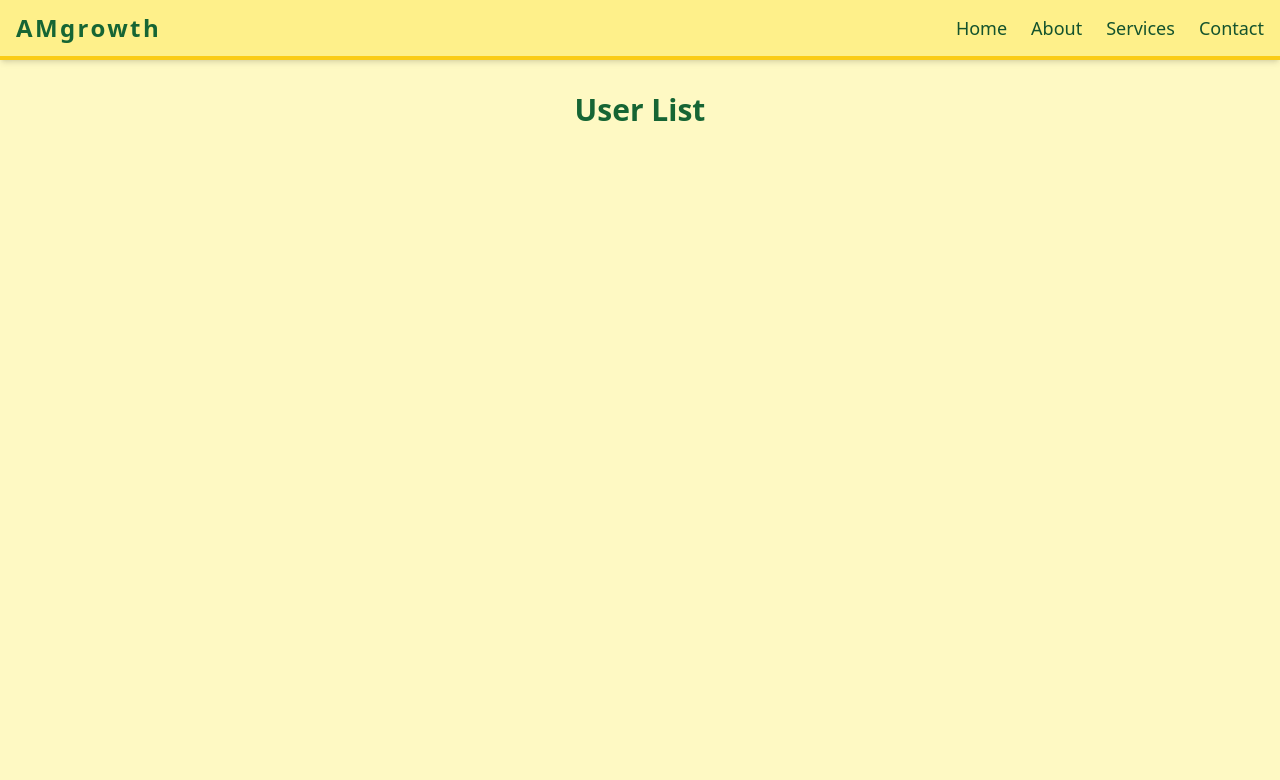
Repository: ArievfRahman-Dev/Mini-Project-II
Page: / (app in miniproject2/)
An editor plug-in stored every save of this project. The page is shown before and after the next save, followed by the edit.
The browser window is 1280 px wide. The pictures show the whole page.
The page's requests for data from a server got no answer. The project was rebuilt for these pictures with package versions that can differ from the ones it lists, and the page was loaded fresh each time. No one was signed in, and anything a server would have sent is missing. Also part of the build but not shown: miniproject2/vite.config.js.

Above is the page before, as saved 2024-12-16 15:36:55.

### miniproject2/index.html
<!DOCTYPE html>
<html lang="en">
  <head>
    <meta charset="UTF-8" />
    <link rel="icon" type="image/svg+xml" href="/vite.svg" />
    <meta name="viewport" content="width=device-width, initial-scale=1.0" />
    <title>Vite + React</title>
    <link
      href="https://cdn.jsdelivr.net/npm/remixicon/fonts/remixicon.css"
      rel="stylesheet"
    />
  </head>
  <body>
    <div id="root"></div>
    <script type="module" src="/src/main.jsx"></script>
  </body>
</html>

### miniproject2/src/App.jsx
import { BrowserRouter, Routes, Route } from "react-router-dom";
import { HomePage } from "./pages/HomePage";

export const App = () => {
  return (
    <div>
      <BrowserRouter>
        <Routes>
          <Route path="/" element={<HomePage />} />
        </Routes>
      </BrowserRouter>
    </div>
  );
};

### miniproject2/src/pages/HomePage/index.jsx
import { Navbar } from "../../components/Navbar";
import { useState, useEffect } from "react";
import axios from "axios";
export const HomePage = () => {
  const [data, setData] = useState([]);

  const getData = async () => {
    try {
      const res = await axios.get(`https://reqres.in/api/users?page=2`);
      console.log(res.data.data);
      setData(res.data.data);
    } catch (error) {
      console.log(error);
    }
  };
  useEffect(() => {
    getData();
  }, []);
  return (
    <div>
      <Navbar />
      <div className="bg-yellow-100 min-h-screen py-8">
        <div className="container mx-auto px-4">
          <h1 className="text-3xl font-bold text-green-800 retro-font mb-6 text-center">
            User List
          </h1>
          <div className="grid grid-cols-1 sm:grid-cols-2 md:grid-cols-3 gap-6">
            {data.map((user) => (
              <div
                key={user.id}
                className="bg-yellow-200 border-2 border-yellow-400 shadow-lg rounded-lg p-4 flex flex-col items-center text-center"
              >
                <img
                  src={user.avatar}
                  alt="User Avatar"
                  className="w-24 h-24 rounded-full border-4 border-green-800 mb-4"
                />
                <p className="text-lg font-bold text-green-900 retro-font">
                  {user.first_name} {user.last_name}
                </p>
                <p className="text-green-800">{user.email}</p>
                <button className=" mt-2 px-4 py-1 font-semibold text-yellow-100 transition-colors bg-green-600 rounded-lg hover:bg-green-800 retro-font shadow-lg">
                  Detail User
                </button>
              </div>
            ))}
          </div>
        </div>
      </div>
    </div>
  );
};

### miniproject2/src/components/Navbar/index.jsx
export const Navbar = () => {
  return (
    <nav className="bg-yellow-200 border-b-4 sticky border-yellow-400 shadow-md">
      <div className="container mx-auto px-4 py-3 flex justify-between items-center">
        {/* Logo */}
        <a
          href="#"
          className="text-2xl font-bold text-green-800 retro-font tracking-widest"
        >
          AMgrowth
        </a>

        {/* Navigation Links */}
        <div className="hidden md:flex space-x-6">
          <a
            href="#"
            className="text-green-900 hover:text-yellow-700 font-medium text-lg"
          >
            Home
          </a>
          <a
            href="#"
            className="text-green-900 hover:text-yellow-700 font-medium text-lg"
          >
            About
          </a>
          <a
            href="#"
            className="text-green-900 hover:text-yellow-700 font-medium text-lg"
          >
            Services
          </a>
          <a
            href="#"
            className="text-green-900 hover:text-yellow-700 font-medium text-lg"
          >
            Contact
          </a>
        </div>

        {/* Mobile Menu Button */}
        <button
          className="md:hidden text-green-800 hover:text-yellow-700"
          aria-label="Toggle Menu"
        >
          <svg
            className="h-6 w-6"
            xmlns="http://www.w3.org/2000/svg"
            fill="none"
            viewBox="0 0 24 24"
            stroke="currentColor"
          >
            <path
              strokeLinecap="round"
              strokeLinejoin="round"
              strokeWidth={2}
              d="M4 6h16M4 12h16M4 18h16"
            />
          </svg>
        </button>
      </div>
    </nav>
  );
};

Loaded but not shown: miniproject2/src/main.jsx (common file); miniproject2/src/index.css (common file); miniproject2/tailwind.config.js (common file)

After the next save:
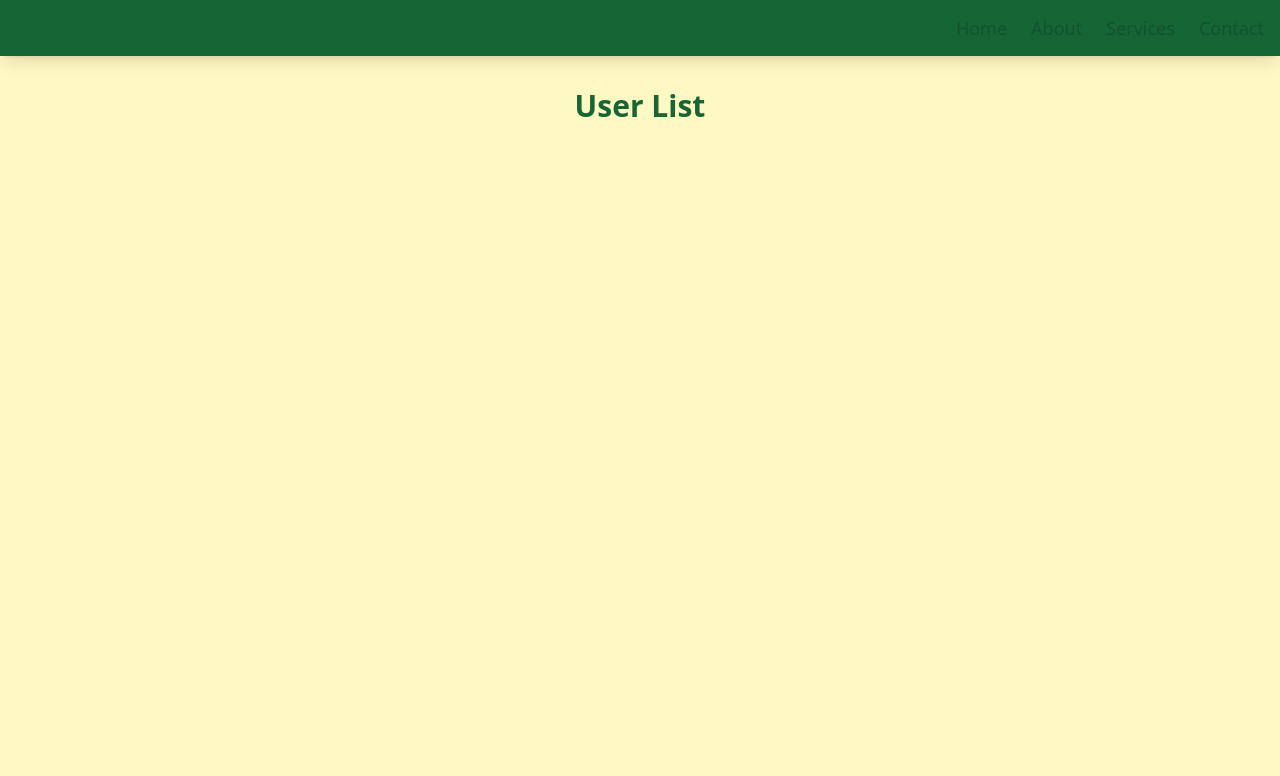
Saved 36 s later.
--- a/miniproject2/src/components/Navbar/index.jsx
+++ b/miniproject2/src/components/Navbar/index.jsx
@@ -1,6 +1,6 @@
 export const Navbar = () => {
   return (
-    <nav className="bg-yellow-200 border-b-4 sticky border-yellow-400 shadow-md">
+    <nav className="sticky top-0 z-50 bg-green-800 text-yellow-100 shadow-lg">
       <div className="container mx-auto px-4 py-3 flex justify-between items-center">
         {/* Logo */}
         <a

After the save that followed:
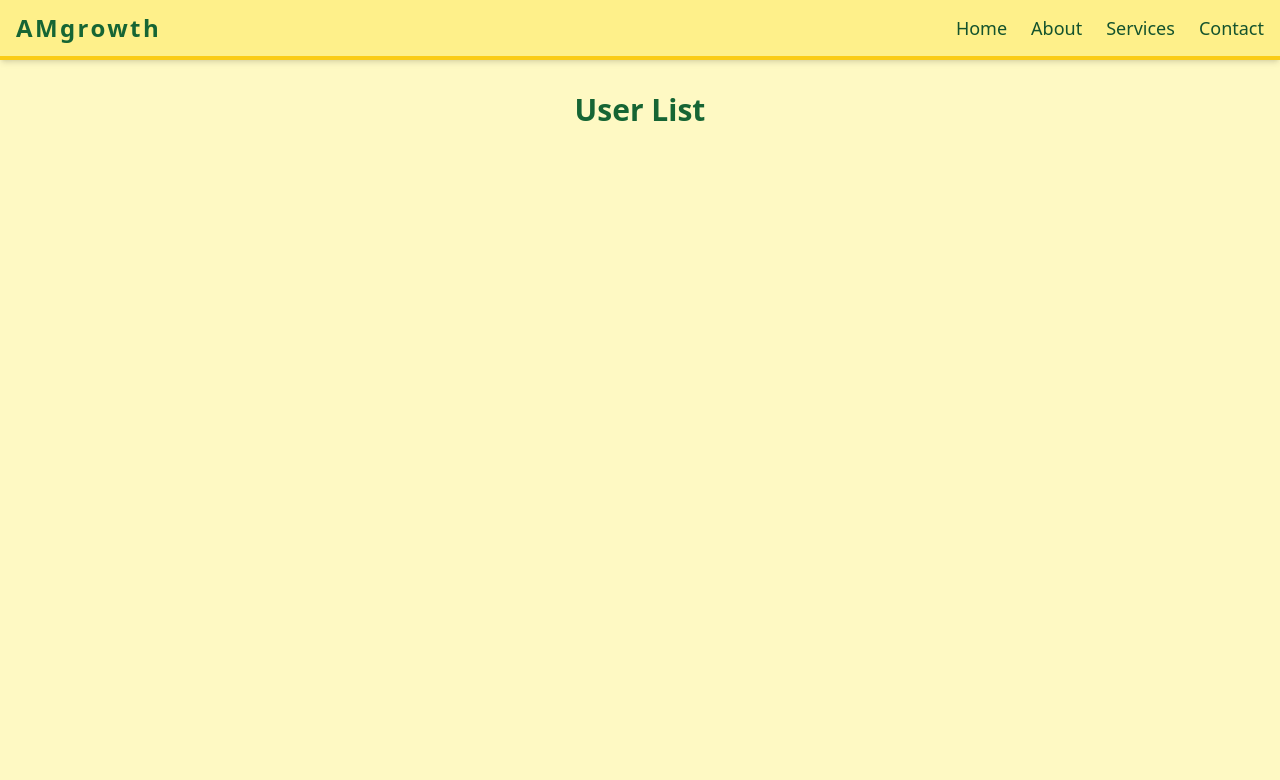
Saved 6 s later.
--- a/miniproject2/src/components/Navbar/index.jsx
+++ b/miniproject2/src/components/Navbar/index.jsx
@@ -1,6 +1,6 @@
 export const Navbar = () => {
   return (
-    <nav className="sticky top-0 z-50 bg-green-800 text-yellow-100 shadow-lg">
+    <nav className="bg-yellow-200 border-b-4 sticky border-yellow-400 shadow-md">
       <div className="container mx-auto px-4 py-3 flex justify-between items-center">
         {/* Logo */}
         <a
